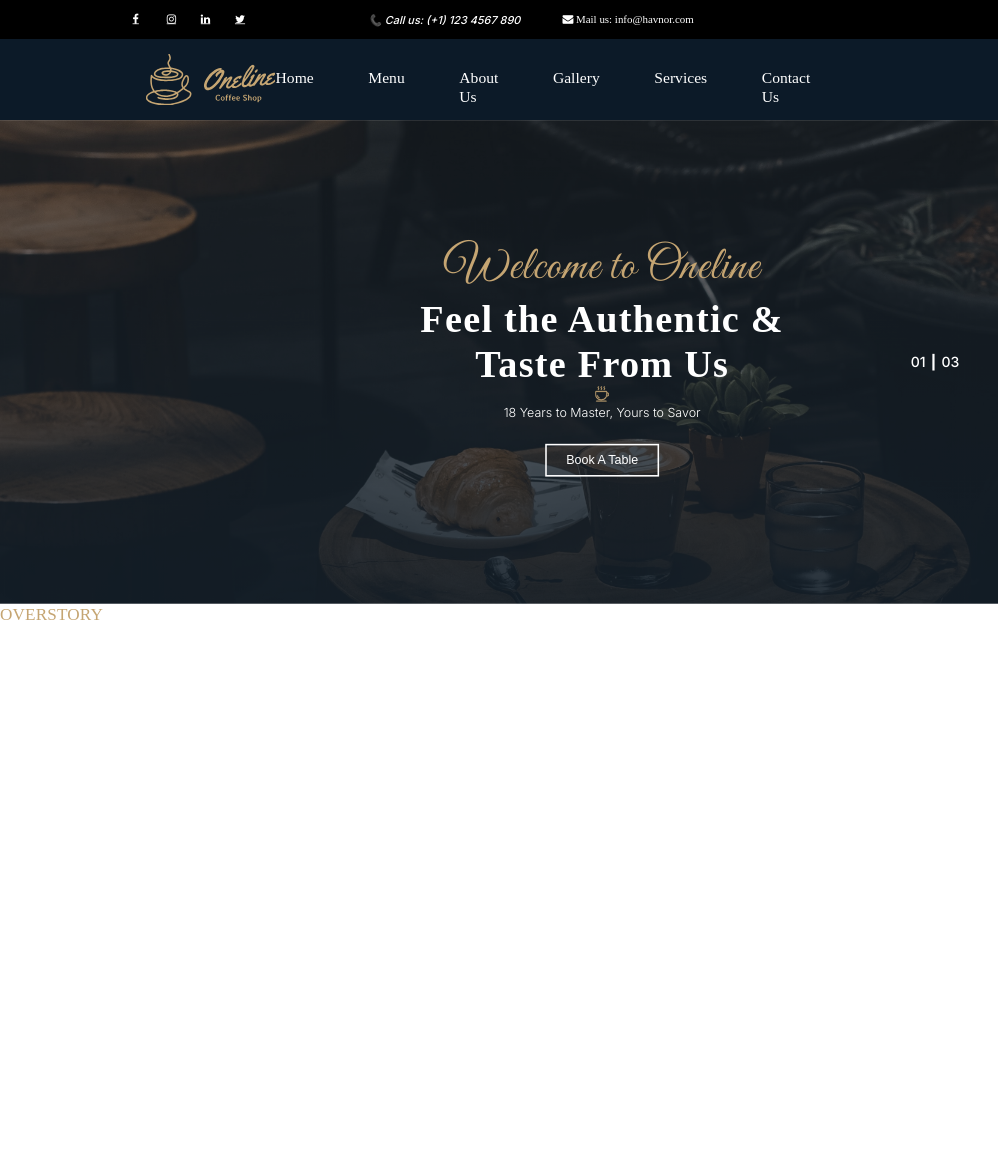
Repository: abhayzulasana/Online-Coffee-Shop
Page: index.html
An editor plug-in stored every save of this project. The page is shown before and after a run of saves, followed by the edit.
The browser window is 1280 px wide. The pictures show the whole page, at 78% of full size.

Above is the page before, as saved 2025-05-14 11:01:30.

After the next 2 saves:
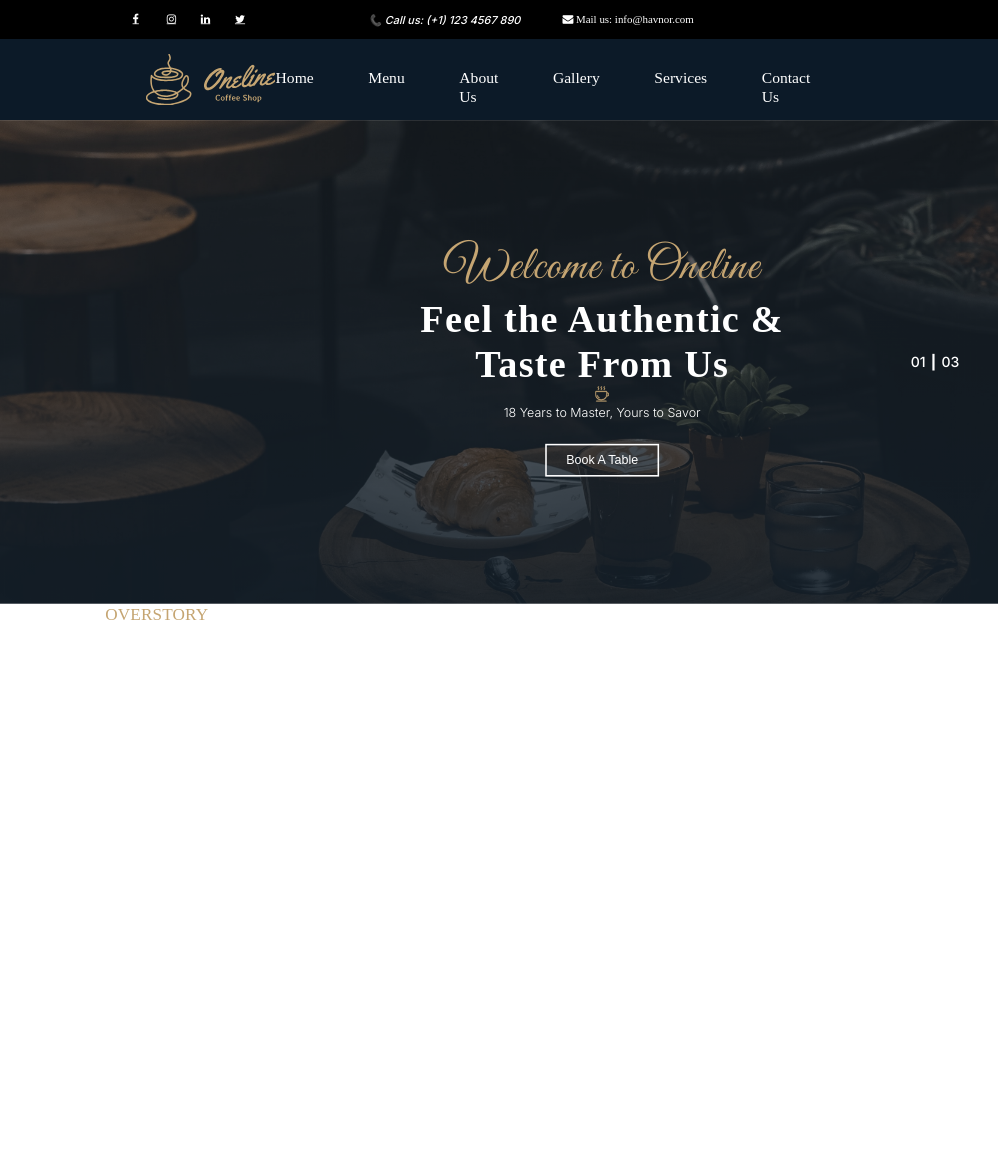
The 2 saves are shown as one change because they came seconds apart.
The last was saved 10 s later.
--- a/style.css
+++ b/style.css
@@ -204,7 +204,7 @@
   height: 100vh;
 }
 .over-story h1{
-  left: 135px;
+  margin-left: 135px;
 width: 133px;
 height: 27px;
 text-align: left;
